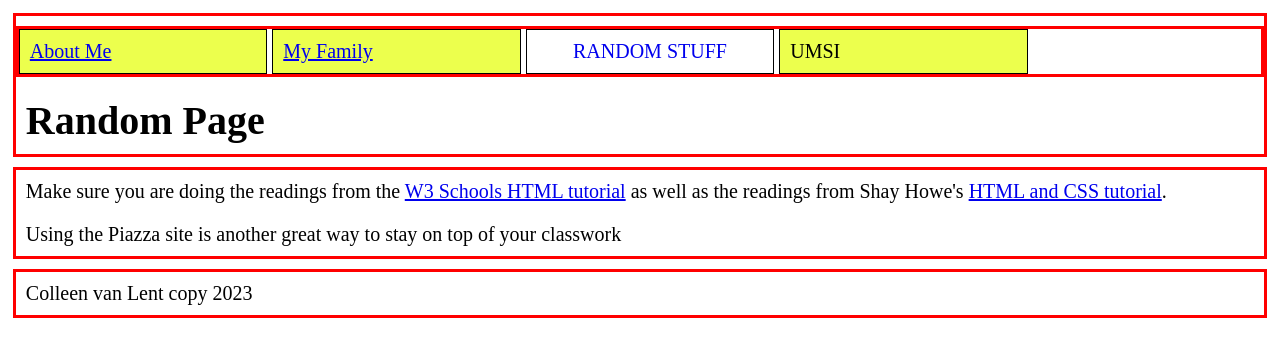
Repository: lulyany/hw1-2023
Page: random.html
The author's editor kept a copy of each file at every save. The page is drawn from the files as they stood at one save, then again after a run of saves.
The browser window is 1280 px wide. The pictures show the whole page.

Above is the page before, as saved 2023-09-04 20:56:14.

### random.html
<!DOCTYPE html>
<html lang="en">
<head>
	<!--  TIP
	You will find any errors from the head section using the console. -->
	<meta charset="UTF-8">
	<meta name="viewport" content="width=device-width, initial-scale=1.0">
	<link rel="icon" href="images/favicon.ico">
	<link rel="stylesheet" href="css/reset.css">
	<link rel="stylesheet" href="css/style.css">
	<title>Random</title>
</head>

<body>
	<!-- header -->
	<header>
		<nav>
			<ul>
				<li><a href="index.html">About Me</a></li>
				<li><a href="family.html">My Family</a></li>
				<li class="active"><a href="random.html">Random Stuff</a></li>
				<li>UMSI</li>
			</ul>
		</nav>
	<h1>Random Page</h1>
	</header>

	<!-- main -->
	<main>
	<p>Make sure you are doing the readings from the <a href = "www.w3schools.com/html/">W3 Schools HTML
		tutorial</a> as well as the readings from Shay Howe's
		<a href = "https://learn.shayhowe.com/html-css/"> HTML and CSS tutorial</a>.
	</p>
	<p>Using the Piazza site is another great way to stay on top of your classwork</p>
	</main>

	<!-- footer -->
	<footer>
		<p>Colleen van Lent copy 2023</p>
	</footer>
</body>
</html>

### css/style.css
/*Add padding and margin to space out the page.
Make the font larger too.*/
body{
	margin:1%;
	font-size:125%;
}

/*Make the h1 heading bigger with a bold font*/
h1{
	font-size: 2em;
	font-weight: bold;
}

.active{
	background: white;
    text-transform: uppercase;
	text-align: center;
}

.active a{
	text-decoration: none;;
}

/*Style the images*/
img{
    height: 150px;
	width:auto;
    border: 3px solid blue;
    padding: 25px;
    border-radius: 20px;
    margin: 5px;
	margin-left: 10%
}

/*Make the h2 heading match h1*/
h2{
	font-size: 2em;
	font-weight: bold;
}

/*Improve the spacing for paragraphs AND headings*/
p, h1, h2 {
    padding: 10px;
}

/*Add borders around the main components and some
space too*/
header, nav, main, footer{
	border: 3px solid red;
	margin: 10px 0;
}


/*Change the styling for all of the list
items in the nav section*/
nav ul li{
	background-color: #ECFF4D;
	padding:10px;
	width:25%;
	border:1px solid black;
	display: inline-block;
	width: 20%;
}

/*Added this so the links stay the same color*/
a:visited{color:#0000FF}

Loaded but not shown: css/reset.css (common file)

After the next 4 saves:
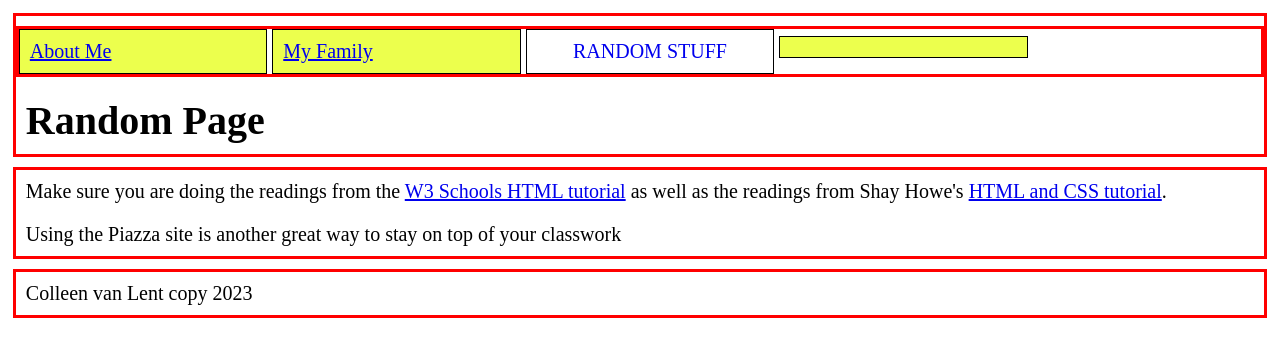
The 4 saves are shown as one change because they came seconds apart.
The last was saved 11 s later.
--- a/random.html
+++ b/random.html
@@ -19,7 +19,7 @@
 				<li><a href="index.html">About Me</a></li>
 				<li><a href="family.html">My Family</a></li>
 				<li class="active"><a href="random.html">Random Stuff</a></li>
-				<li>UMSI</li>
+				<li><a> </li>
 			</ul>
 		</nav>
 	<h1>Random Page</h1>
